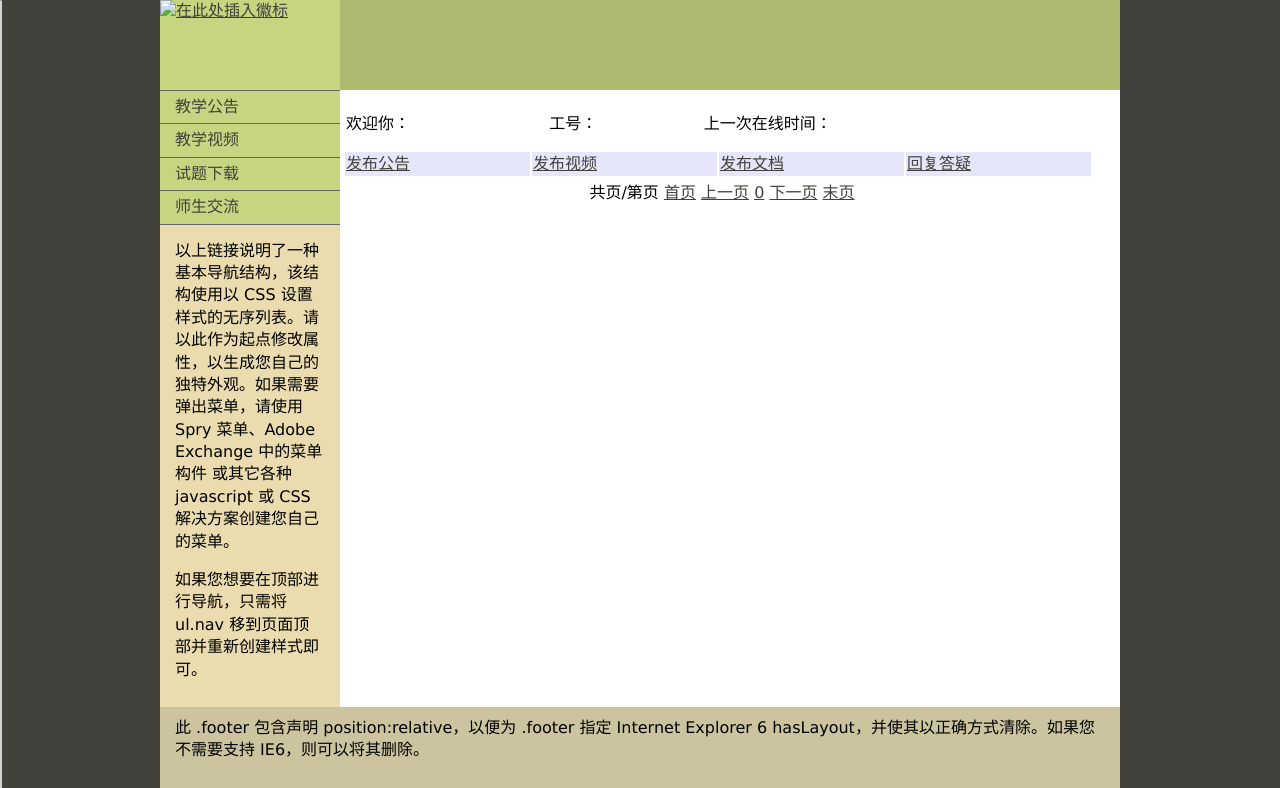
Repository: wxbuditou/Java-
Page: http://localhost/Project/Teacher/teacher_document.jsp
The author's editor kept a copy of each file at every save. The page is drawn from the files as they stood at one save, then again after the next save.
The browser window is 1280 px wide. The pictures show the whole page.
The page is served by Tomcat 9. The template is opened directly, without the code that normally fills it, so the values that code supplies are empty.

Above is the page before, as saved 2019-06-23 15:02:47.
Console error: TypeError: Cannot read properties of null (reading 'offsetWidth')

After the next save:
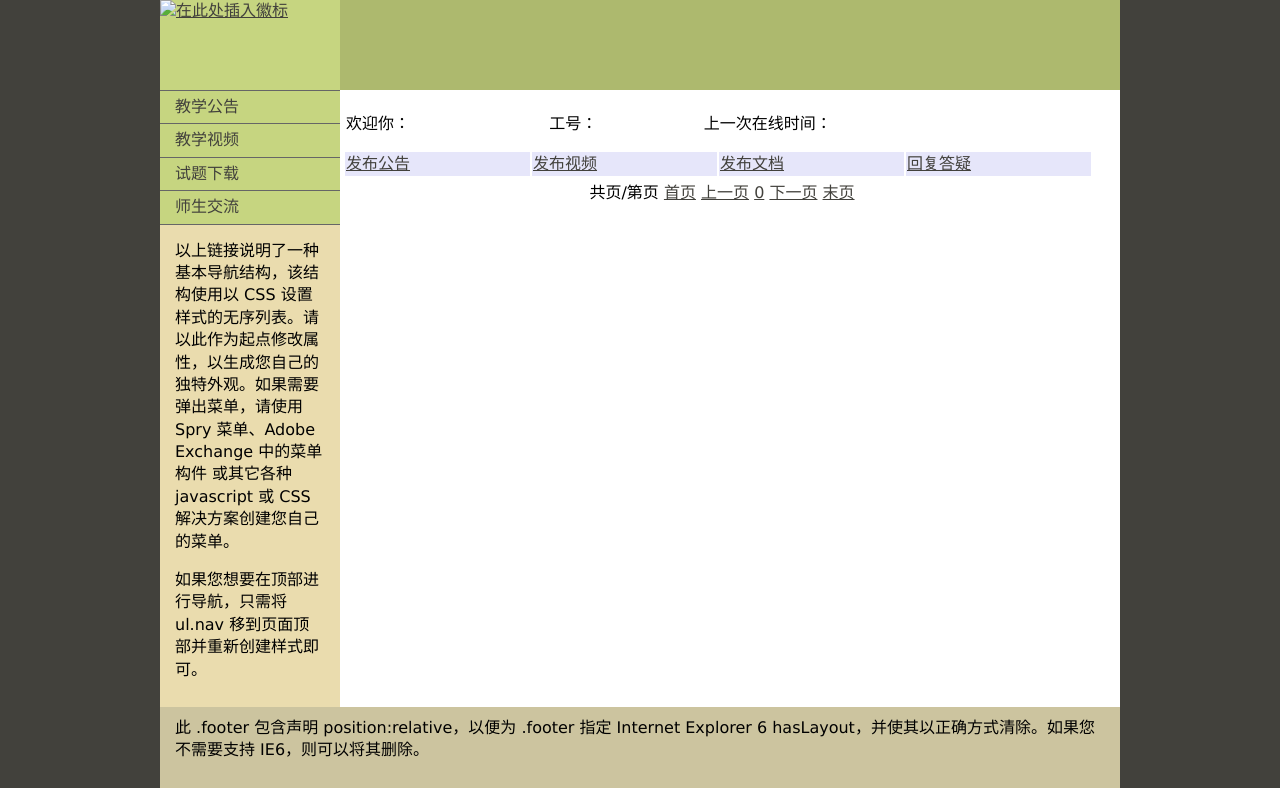
The error is gone.
Saved 35 s later.
--- a/Project/WebContent/Teacher/teacher_document.jsp
+++ b/Project/WebContent/Teacher/teacher_document.jsp
@@ -228,13 +228,5 @@ ul.nav a:hover, ul.nav a:active, ul.nav a:focus { /* 这将更改鼠标和键盘
     <p>此 .footer 包含声明 position:relative，以便为 .footer 指定 Internet Explorer 6 hasLayout，并使其以正确方式清除。如果您不需要支持 IE6，则可以将其删除。</p>
   <!-- end .footer --></div>
   <!-- end .container --></div>
-
-<script type="text/javascript">
-
-    //实例化编辑器
-    //建议使用工厂方法getEditor创建和引用编辑器实例，如果在某个闭包下引用该编辑器，直接调用UE.getEditor('editor')就能拿到相关的实例
-    var ue = UE.getEditor('editor');
-</script>
-
 </body>
 </html>
